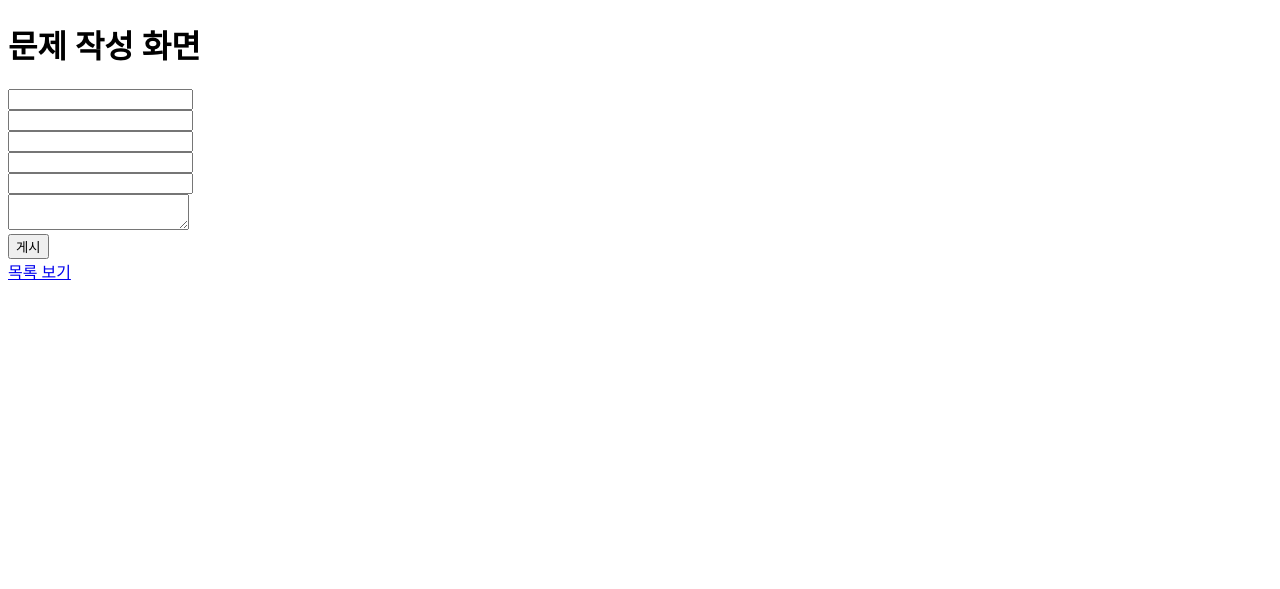
Repository: ryuhm48/Opensource-Project05
Page: http://localhost/Problems/Problems/ProblemWrite.jsp
The author's editor kept a copy of each file at every save. The page is drawn from the files as they stood at one save, then again after the next save.
The browser window is 1280 px wide. The pictures show the whole page.
The page is served by Tomcat 9.

Above is the page before, as saved 2019-06-02 01:23:08.

After the next save:
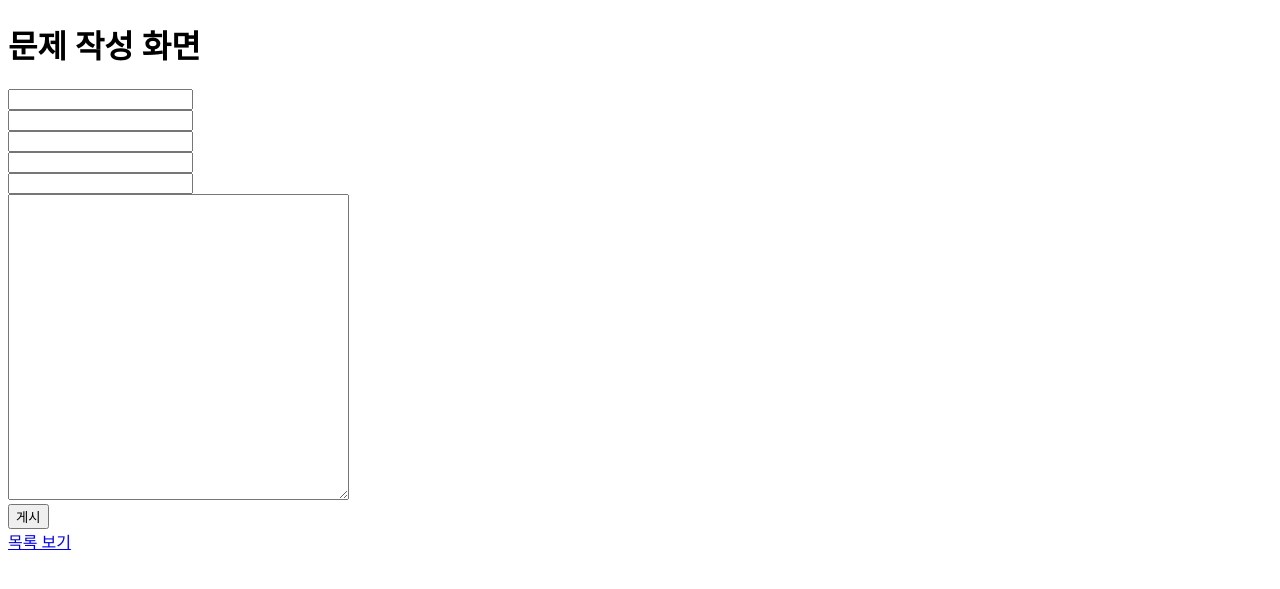
Saved 17 s later.
--- a/문제 풀이 제출 추가/Problems/WebContent/Problems/ProblemWrite.jsp
+++ b/문제 풀이 제출 추가/Problems/WebContent/Problems/ProblemWrite.jsp
@@ -16,7 +16,7 @@ pageEncoding="UTF-8"%>
 		<input type = "text" name = "problemName"><br/>
 		<input type = "text" name = "problemLanguage"><br/>
 		<input type = "text" name = "writerName"><br/>
-		<textarea name = "problemContent" rows="" cols=""></textarea><br/>
+		<textarea name = "problemContent" rows="20" cols="40"></textarea><br/>
 		<input type = "submit" value = "게시">
 	</form>
 
